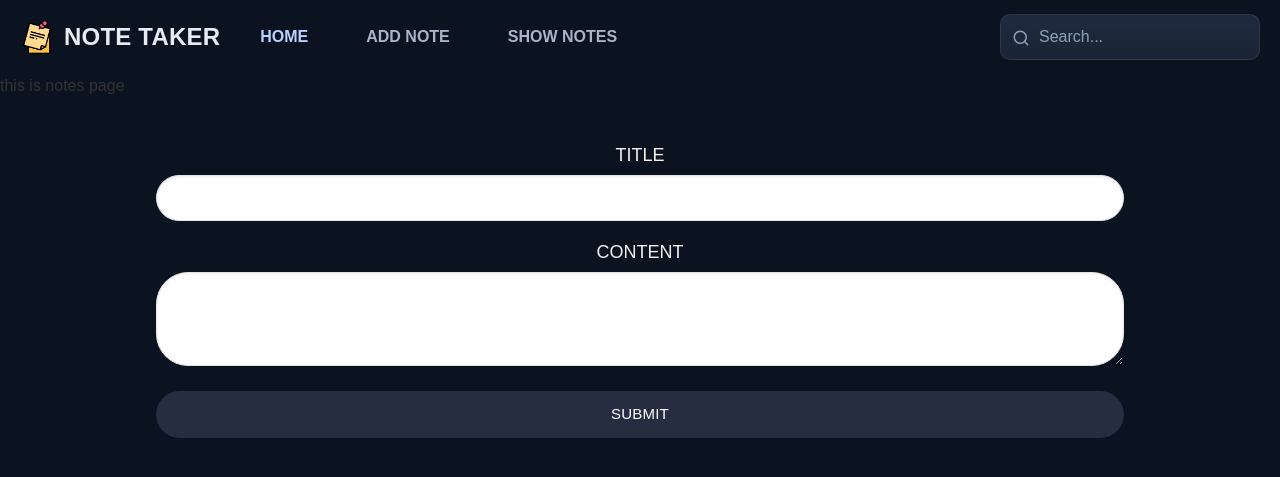
Repository: DEBDEEPTA/NOTE-TAKER
Page: http://localhost/NoteTaker/addnotes.jsp
The author's editor kept a copy of each file at every save. The page is drawn from the files as they stood at one save, then again after the next save.
The browser window is 1280 px wide. The pictures show the whole page.
Some web fonts or font styles are not loaded; a fallback is used. The page is served by Tomcat 9.

Above is the page before, as saved 2025-10-03 07:39:36.

After the next save:
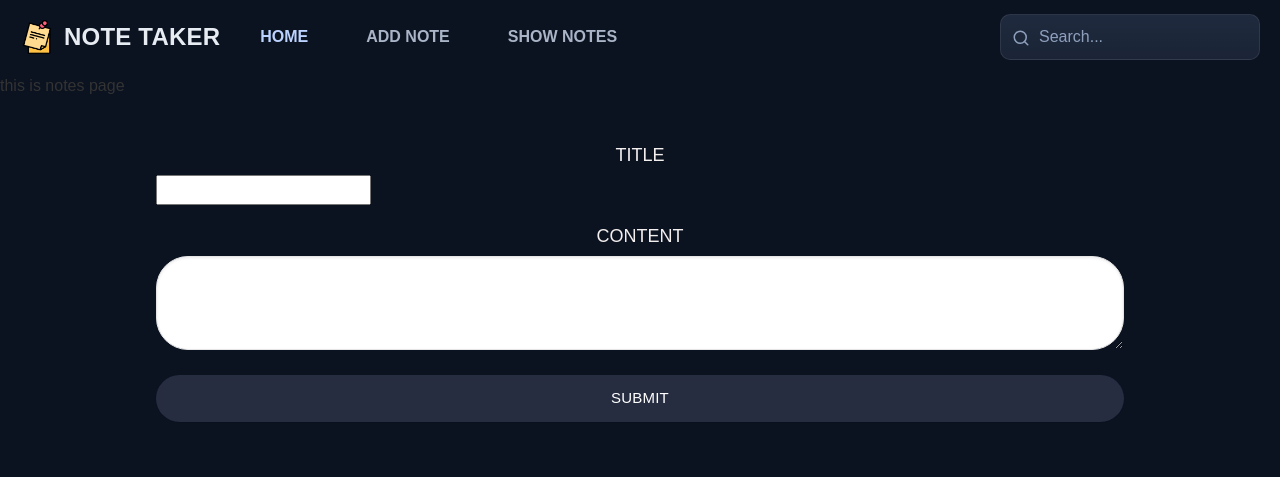
Saved 6 min 41 s later.
--- a/NoteTaker/src/main/webapp/css/form.css
+++ b/NoteTaker/src/main/webapp/css/form.css
@@ -22,7 +22,7 @@ html,body{margin:0;padding:0;font-family:Arial,Helvetica,sans-serif;color:#333}
 
 /*  Inputs */
 
-.contact-form input[type="tel"],
+.contact-form input[type="text"],
 
 .contact-form textarea{
   width:100%;

After the save that followed:
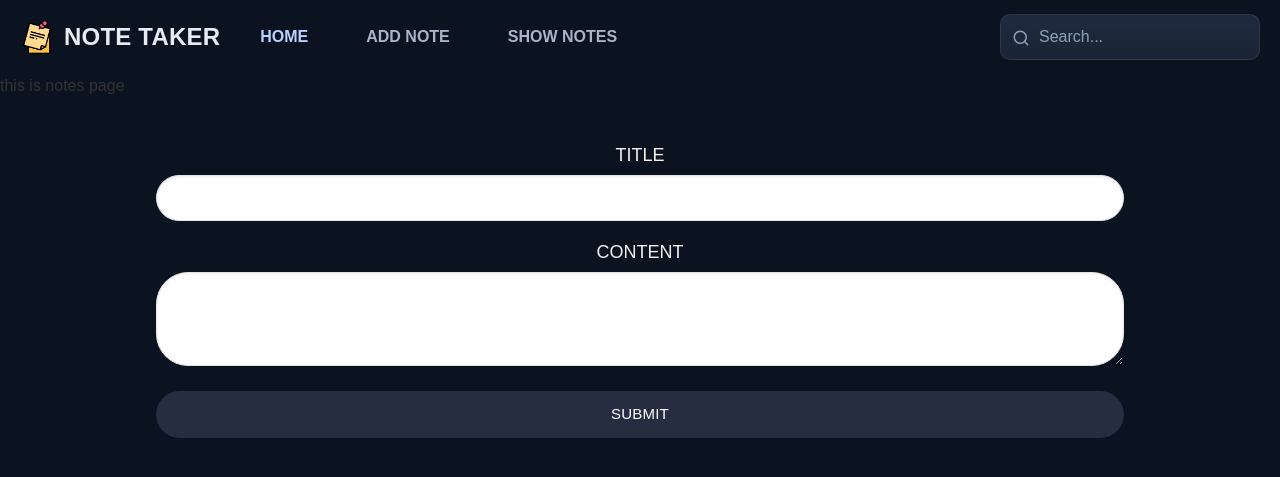
Saved 54 s later.
--- a/NoteTaker/src/main/webapp/form.jsp
+++ b/NoteTaker/src/main/webapp/form.jsp
@@ -12,16 +12,17 @@
 <body>
 <div class="form-card">
 <form action="#" method="post" class="contact-form" novalidate>
+
 <div class="form-group">
-<label for="phone">TITLE</label>
-<input type="tel" id="phone" name="phone" placeholder="" />
+<label for="title">TITLE</label>
+<input type="text" id="title" name="title" placeholder="" />
 <small class="hint" aria-hidden="true"></small>
 <div class="error" aria-live="polite"></div>
 </div>
 
 <div class="form-group">
-<label for="message">CONTENT</label>
-<textarea id="message" name="message" rows="3"></textarea>
+<label for="content">CONTENT</label>
+<textarea id="content" name="content" rows="3"></textarea>
 <div class="error" aria-live="polite"></div>
 </div>
 
